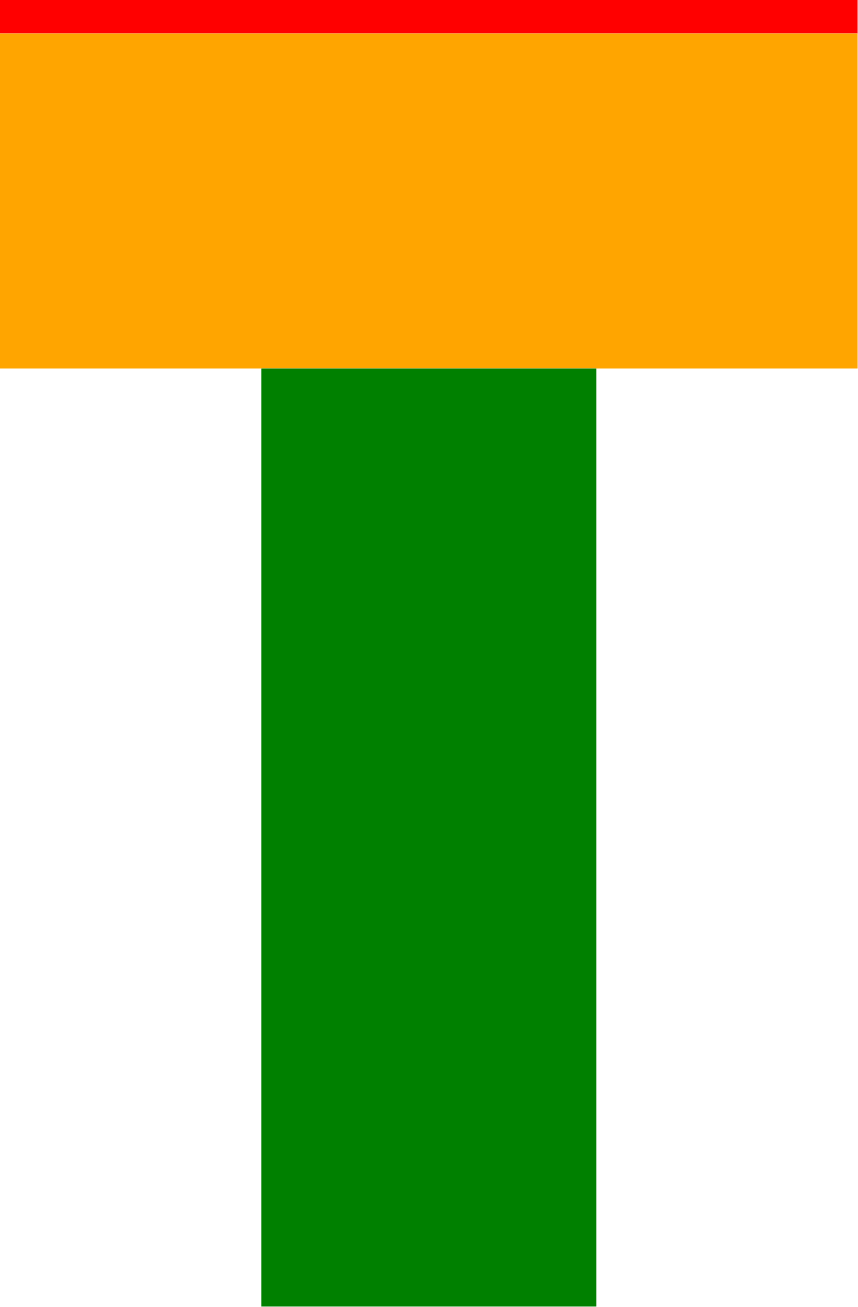
Repository: yesohnuki/shinya-ohnuki
Page: caravan/chapter4_exercise.html
The author's editor kept a record of every edit. The page is drawn from the files as they stood at one moment, then again after the next edit.
The browser window is 1280 px wide. The pictures show the whole page, at 67% of full size.

Above is the page before.

### caravan/chapter4_exercise.html
<!DOCTYPE html>
<html lang="ja">
  <head>
    <meta charset="UTF-8" />
    <link rel="stylesheet" href="chapter4_exercise.css"/>
    <title>CARAVAN</title>
  </head>

<body>
    <div class="header"></div>

    <div class="main-visual"></div>

    <div class="main"></div>
    <div class="brog"></div>
    <div class="sidebar"></div>

    <div class="footer"></div>
 </body>
</html>

### caravan/chapter4_exercise.css
* {
  margin: 0;
  padding: 0;
  box-sizing: border-box;
}

.header {
  width: 100%;
  height: 50px;
  background-color: red;
}

.main-visual {
  width: 100%;
  height: 500px;
  background-color: orange;
}

.main {
  width: 500px;
  height: 1400px;
  background-color: green;
  margin: 0 auto;
}

After the next edit:
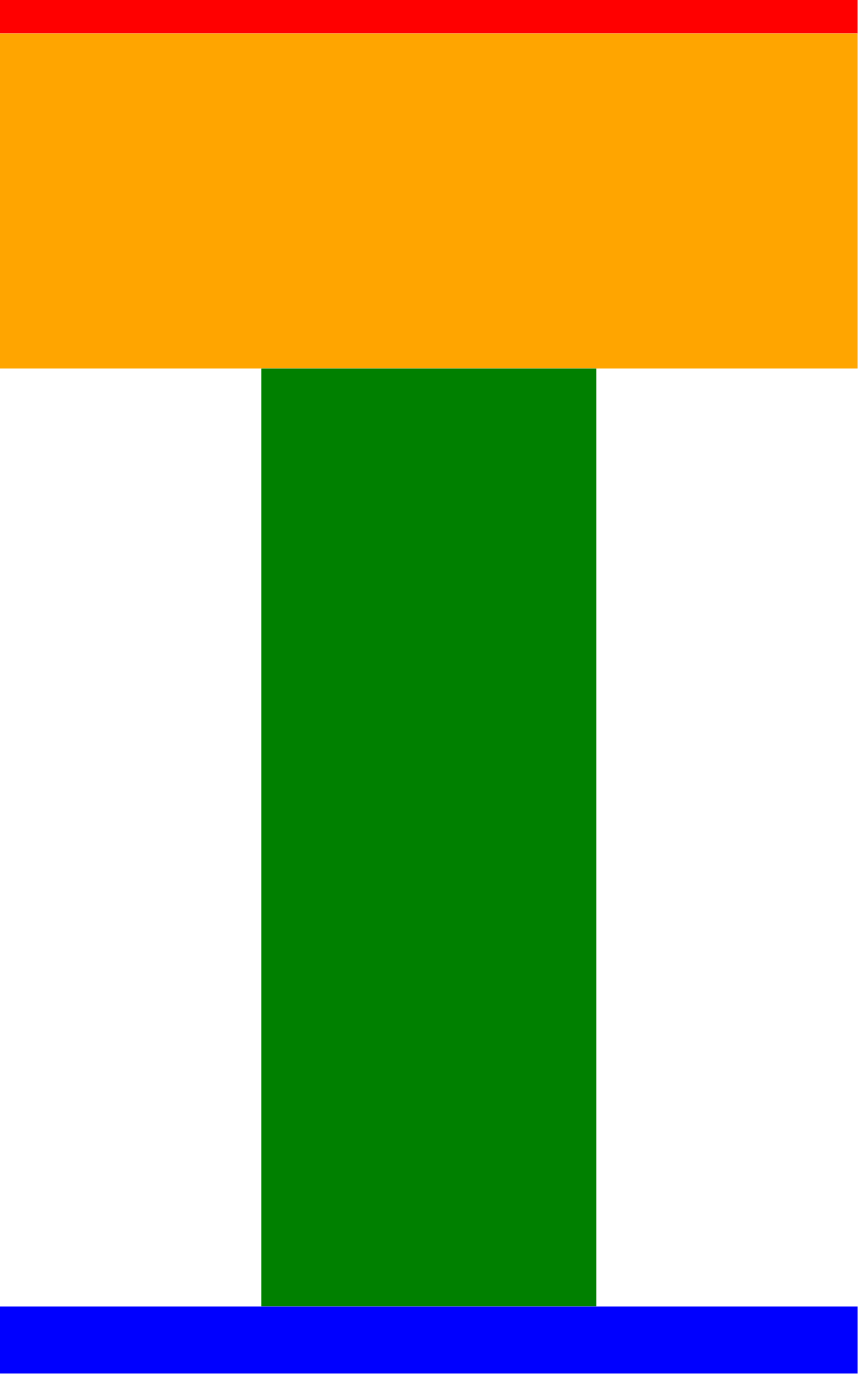
The edit:
--- a/caravan/chapter4_exercise.css
+++ b/caravan/chapter4_exercise.css
@@ -22,3 +22,11 @@
   background-color: green;
   margin: 0 auto;
 }
+
+.footer {
+  width: 100%;
+  height: 100px;
+  background-color: blue;
+}
+
+}
